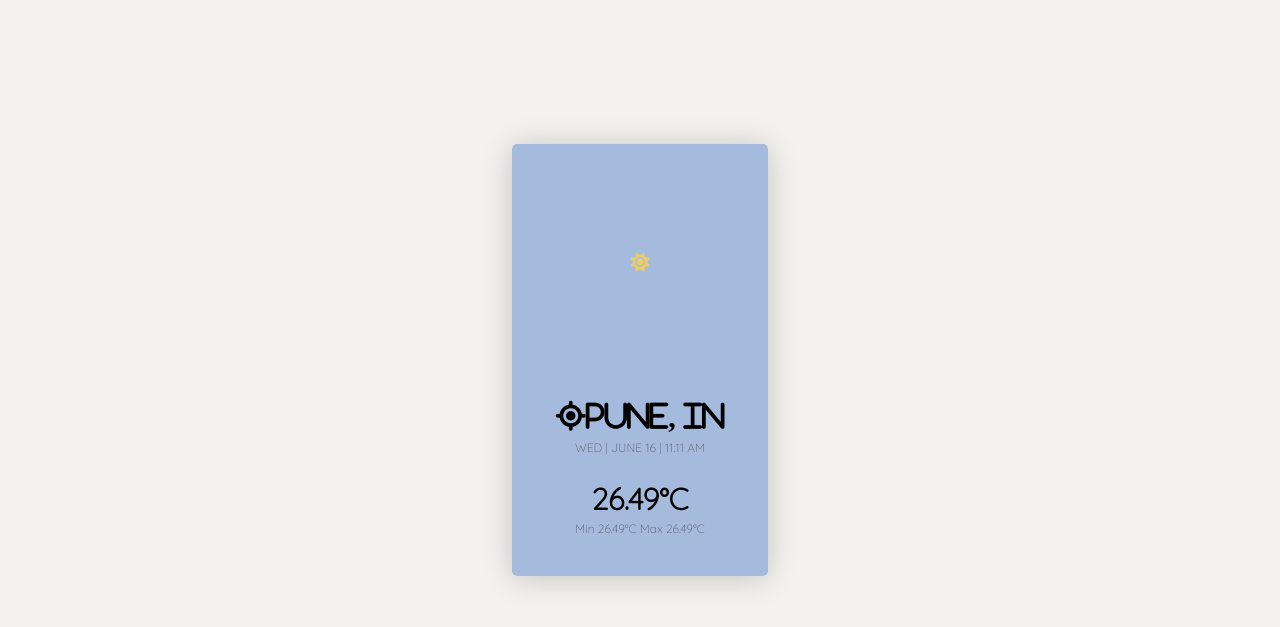
Repository: HimanshuBisht1007/WeatherNodeJs
Page: home.html
These files come from the project's save history. The page is drawn as it stood at one moment and after the next save; the edit follows.
The browser window is 1280 px wide. The pictures show the whole page.
Some web libraries are served in a nearby version.

Above is the page before, as saved 2022-06-16 11:36:19.

### home.html
<!DOCTYPE html>
<html lang="en">
<head>
    <meta charset="UTF-8">
    <meta http-equiv="X-UA-Compatible" content="IE=edge">
    <meta name="viewport" content="width=device-width, initial-scale=1.0">
    <title>Weather App</title>
    <link rel="stylesheet" href="https://cdnjs.cloudflare.com/ajax/libs/font-awesome/6.1.1/css/all.min.css" integrity="sha512-KfkfwYDsLkIlwQp6LFnl8zNdLGxu9YAA1QvwINks4PhcElQSvqcyVLLD9aMhXd13uQjoXtEKNosOWaZqXgel0g==" crossorigin="anonymous" referrerpolicy="no-referrer" />
    <link rel="preconnect" href="https://fonts.googleapis.com">
    <link rel="preconnect" href="https://fonts.gstatic.com" crossorigin>
    <link href="https://fonts.googleapis.com/css2?family=Quicksand:wght@300&display=swap" rel="stylesheet">
    <link rel="stylesheet" href="./style.css">
</head>
<body>
    <div class="box">
        <div class="wave-one"></div>
        <div class="wave-two"></div>
        <div class="wave-three"></div>

        <div id="weathercon"><i class="fa-solid fa-sun" style="color: #eccc68;"></i>
        </div>
        <div class="info">
            <h2 class="location"><i class="fa-solid fa-location-crosshairs">Pune, In</i></h2>
            <p id="date">WED | JUNE 16 | 11:11 AM </p>
            <h1 class="temp">26.49°C</h1>
            <h3 class="tempmin_max">Min 26.49°C Max 26.49°C</h3>
        </div>
    </div>
</body>
</html>

### style.css
* {
    padding: 0;
    margin: 0;
    /* font-family: "Jost", sans-serif; */
    font-family: "Quicksand", sans-serif;
  }

  body {
    background: #f3f2ef;
    display: flex;
    justify-content: center;
    align-items: center;
    flex-wrap: wrap;
    height: 100vh;
    width: 100vw;
  }

  html,
  body {
    font-size: 62.5%;
    height: 100%;
  }

  html {
    background: #eee;
  }

  .box {
    width: 20vw;
    height: 60vh;
    border-radius: 0.5rem;
    box-shadow: 0 0.2rem 3rem rgba(0, 0, 0, 0.2);
    background: #a5bbdd;
    position: relative;
    overflow: hidden;
    transform: translate3d(0, 0, 0);
    min-width: 20rem;
    min-height: 35rem;
  }

  .wave {
    opacity: 0.3;
    position: absolute;
    top: 120%;
    left: 50%;
    background: white;
    width: 50rem;
    height: 50rem;
    margin-left: -25rem;
    margin-top: -25rem;
    transform-origin: 50% 48%;
    border-radius: 43%;
    animation: drift 3000ms infinite linear;
    z-index: 1;
  }

  .wave.-three {
    animation: drift 5000ms infinite linear;
    z-index: 2 !important;
    opacity: 0.2;
  }

  .wave.-two {
    animation: drift 7000ms infinite linear;
    opacity: 0.1;
    z-index: 3 !important;
  }

  .box:after {
    content: "";
    display: block;
    left: 0;
    top: 0;
    width: 100%;
    height: 100%;
    z-index: 11;
    transform: translate3d(0, 0, 0);
  }

  @keyframes drift {
    from {
      transform: rotate(0deg);
    }
    from {
      transform: rotate(360deg);
    }
  }
  .info {
    position: absolute;
    bottom: 0;
    width: 100%;
    height: 45%;
    z-index: 4;
  }

  .location {
    margin-top: 1.5rem;
    text-align: center;
    font-weight: 800;
    font-size: 3rem;
  }

  .fa-street-view {
    animation: rotates 3s linear infinite alternate;
  }

  @keyframes rotates {
    from {
      transform: translateX(-0.5rem);
    }
    to {
      transform: translateX(0.5rem);
    }
  }

  #date {
    text-align: center;
    margin-top: 0.5rem;
    color: #57606f;
    font-size: 1.2rem;
    font-weight: 300;
    text-transform: uppercase;
  }

  .temp {
    margin-top: 2.5rem;
    text-align: center;
    font-size: 3rem;
  }

  .tempmin_max {
    text-align: center;
    margin-top: 0.3rem;
    font-weight: 300;
    font-size: 1.2rem;
    color: #57606f;
  }

  #weathercon {
    height: 55%;
    display: flex;
    justify-content: center;
    align-items: center;
    font-size: 3em;
  }

  #weathercon .fas {
    font-size: 6rem;
    animation: fas-anime 3s linear infinite alternate;
  }

  @keyframes fas-anime {
    from {
      transform: scale(1.1);
    }
    to {
      transform: scale(1.5);
    }
  }

  @media (max-width: 600px) {
    .box {
      width: 90vw;
      height: 80vh;
    }

    .wave {
      top: 85%;
    }

    #weathercon {
      font-size: 5em;
    }

    .info {
      font-size: 1.5rem;
    }
  }
  @media (max-height: 500px) {
    .box {
      height: 80vh;
    }

    .wave {
      top: 115%;
    }
  }
  body > span {
    width: 100vw;
    text-align: center;
    color: grey;
  }

After the next save:
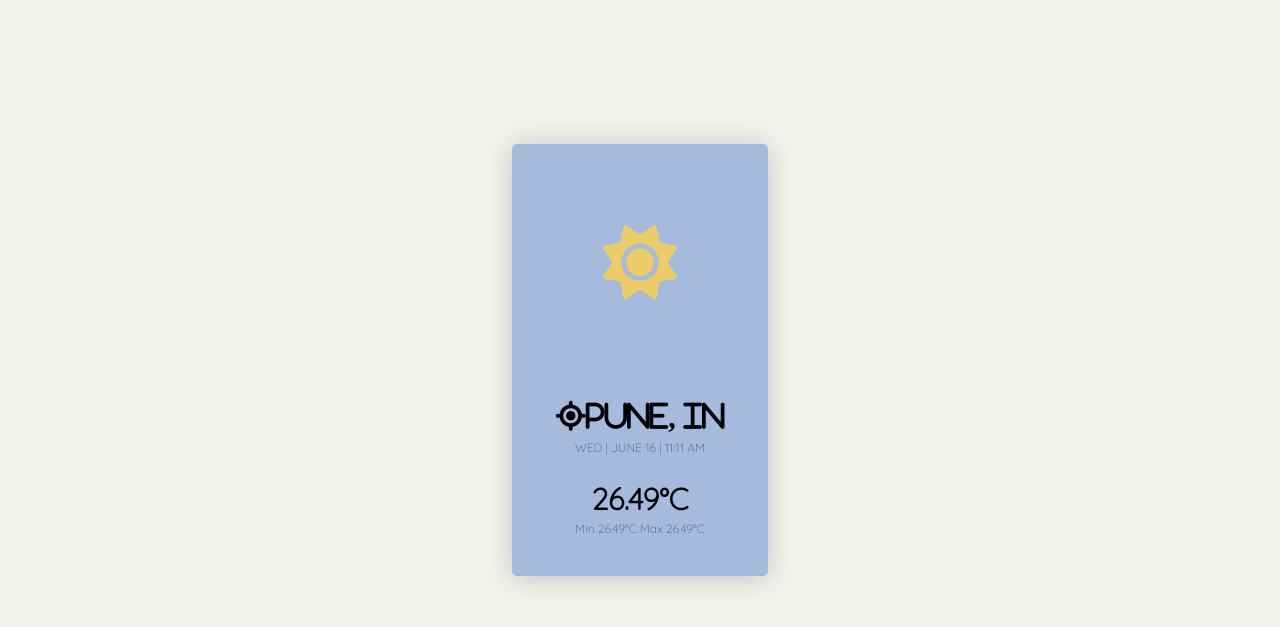
Saved 99 s later.
--- a/home.html
+++ b/home.html
@@ -17,7 +17,7 @@
         <div class="wave-two"></div>
         <div class="wave-three"></div>
 
-        <div id="weathercon"><i class="fa-solid fa-sun" style="color: #eccc68;"></i>
+        <div id="weathercon"><i class="fas fa-sun" style="color: #eccc68;"></i>
         </div>
         <div class="info">
             <h2 class="location"><i class="fa-solid fa-location-crosshairs">Pune, In</i></h2>
